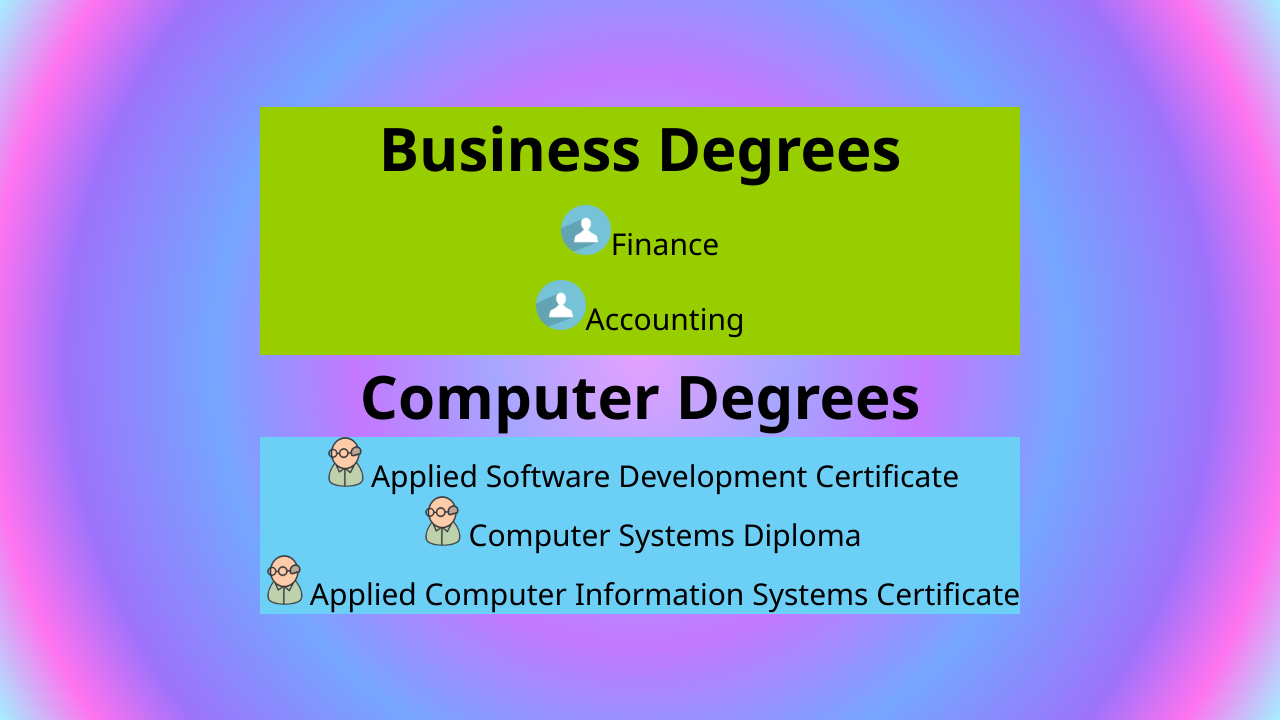
Repository: NeemaToto/mdia2109week3
Page: /
These files come from the project's save history. The page is drawn as it stood at one moment and after the next save; the edit follows.
The browser window is 1280 px wide. The pictures show the whole page.
The project was rebuilt for these pictures with package versions that can differ from the ones it lists, and the page was loaded fresh each time. The framework's server and built-in components were replaced by stand-ins that run in the browser. Also part of the build but not shown: next.config.js.

Above is the page before, as saved 2023-01-19 14:41:12.

### pages/index.js
import Head from 'next/head'
import Image from 'next/image'
import { Inter } from '@next/font/google'
import styles from '@/styles/Home.module.css'
import data from '../data/education.json'
import { useState } from 'react'
import Card from '../components/card'
import Link from 'next/link'

const inter = Inter({ subsets: ['latin'] })

export default function Home() {
  console.log(data);
  const [information, setInformation] = useState([...data]);

  return (
    <>
      <Head>
        <title>Departments of School</title>
        <meta name="description" content="Generated by create next app" />
        <meta name="viewport" content="width=device-width, initial-scale=1" />
        <link rel="icon" href="/degree-icon.png" />
      </Head>
      <main className={styles.main}>
        <div className={styles.degrees}>
          <div className={styles.businessContainer}>
            <h1 className={styles.h1business}>Business Degrees</h1>
            {
              information && information.map((info, index) => {
                if (info.department === "Business") {
                  return (
                    <Card key={index} degree={info.degree} colour="#98CE00" font="30px" margin-left="40px" />
                  )
                }
              })
            }
          </div>
          <div className={styles.computerContainer}>
            <h1>Computer Degrees</h1>
            {
              information && information.map((info, index) => {
                if (info.department === "Computing") {
                  return (
                    <Card key={index} degree={info.degree} colour="#6CCFF6" font="30px" />
                  )
                }
              })
            }
          </div>
        </div>
      </main>
    </>
  )
}

### styles/globals.css
:root {
  --max-width: 1100px;
  --border-radius: 12px;
  --font-mono: ui-monospace, Menlo, Monaco, 'Cascadia Mono', 'Segoe UI Mono',
    'Roboto Mono', 'Oxygen Mono', 'Ubuntu Monospace', 'Source Code Pro',
    'Fira Mono', 'Droid Sans Mono', 'Courier New', monospace;

  --foreground-rgb: 0, 0, 0;
  --background-start-rgb: 214, 219, 220;
  --background-end-rgb: 255, 255, 255;

  --primary-glow: conic-gradient(
    from 180deg at 50% 50%,
    #16abff33 0deg,
    #0885ff33 55deg,
    #54d6ff33 120deg,
    #0071ff33 160deg,
    transparent 360deg
  );
  --secondary-glow: radial-gradient(
    rgba(255, 255, 255, 1),
    rgba(255, 255, 255, 0)
  );

  --tile-start-rgb: 239, 245, 249;
  --tile-end-rgb: 228, 232, 233;
  --tile-border: conic-gradient(
    #00000080,
    #00000040,
    #00000030,
    #00000020,
    #00000010,
    #00000010,
    #00000080
  );

  --callout-rgb: 238, 240, 241;
  --callout-border-rgb: 172, 175, 176;
  --card-rgb: 180, 185, 188;
  --card-border-rgb: 131, 134, 135;
}

@media (prefers-color-scheme: dark) {
  :root {
    --foreground-rgb: 255, 255, 255;
    --background-start-rgb: 0, 0, 0;
    --background-end-rgb: 0, 0, 0;

    --primary-glow: radial-gradient(rgba(1, 65, 255, 0.4), rgba(1, 65, 255, 0));
    --secondary-glow: linear-gradient(
      to bottom right,
      rgba(1, 65, 255, 0),
      rgba(1, 65, 255, 0),
      rgba(1, 65, 255, 0.3)
    );

    --tile-start-rgb: 2, 13, 46;
    --tile-end-rgb: 2, 5, 19;
    --tile-border: conic-gradient(
      #ffffff80,
      #ffffff40,
      #ffffff30,
      #ffffff20,
      #ffffff10,
      #ffffff10,
      #ffffff80
    );

    --callout-rgb: 20, 20, 20;
    --callout-border-rgb: 108, 108, 108;
    --card-rgb: 100, 100, 100;
    --card-border-rgb: 200, 200, 200;
  }
}

* {
  box-sizing: border-box;
  padding: 0;
  margin: 0;
}

html,
body {
  max-width: 100vw;
  overflow-x: hidden;
}

body {
  color: rgb(var(--foreground-rgb));
  background: linear-gradient(
      to bottom,
      transparent,
      rgb(var(--background-end-rgb))
    )
    rgb(var(--background-start-rgb));
}

a {
  color: inherit;
  text-decoration: none;
}

@media (prefers-color-scheme: dark) {
  html {
    color-scheme: dark;
  }
}

### styles/Home.module.css
.main {
  display: flex;
  flex-direction: row;
  justify-content: center;
  align-items: center;
  padding: 6rem;
  min-height: 100vh;
  background: rgb(228,160,255);
  background: radial-gradient(circle, rgba(228,160,255,1) 0%, rgba(166,166,255,1) 20%, rgba(195,120,255,1) 39%, rgba(117,166,255,1) 58%, rgba(156,115,251,1) 78%, rgba(255,115,240,1) 89%, rgba(163,240,255,1) 100%);
}

.description {
  display: inherit;
  justify-content: inherit;
  align-items: inherit;
  font-size: 0.85rem;
  max-width: var(--max-width);
  width: 100%;
  z-index: 2;
  font-family: var(--font-mono);
}

.description a {
  display: flex;
  justify-content: center;
  align-items: center;
  gap: 0.5rem;
}

.description p {
  position: relative;
  margin: 0;
  padding: 1rem;
  background-color: rgba(var(--callout-rgb), 0.5);
  border: 1px solid rgba(var(--callout-border-rgb), 0.3);
  border-radius: var(--border-radius);
}

.code {
  font-weight: 700;
  font-family: var(--font-mono);
}

.grid {
  display: grid;
  grid-template-columns: repeat(4, minmax(25%, auto));
  width: var(--max-width);
  max-width: 100%;
}

.card {
  padding: 1rem 1.2rem;
  border-radius: var(--border-radius);
  background: rgba(var(--card-rgb), 0);
  border: 1px solid rgba(var(--card-border-rgb), 0);
  transition: background 200ms, border 200ms;
}

.card span {
  display: inline-block;
  transition: transform 200ms;
}

.card h2 {
  font-weight: 600;
  margin-bottom: 0.7rem;
}

.card p {
  margin: 0;
  opacity: 0.6;
  font-size: 0.9rem;
  line-height: 1.5;
  max-width: 30ch;
}

.center {
  display: flex;
  justify-content: center;
  align-items: center;
  position: relative;
  padding: 4rem 0;
}

.center::before {
  background: var(--secondary-glow);
  border-radius: 50%;
  width: 480px;
  height: 360px;
  margin-left: -400px;
}

.center::after {
  background: var(--primary-glow);
  width: 240px;
  height: 180px;
  z-index: -1;
}

.center::before,
.center::after {
  content: '';
  left: 50%;
  position: absolute;
  filter: blur(45px);
  transform: translateZ(0);
}

.logo,
.thirteen {
  position: relative;
}

.thirteen {
  display: flex;
  justify-content: center;
  align-items: center;
  width: 75px;
  height: 75px;
  padding: 25px 10px;
  margin-left: 16px;
  transform: translateZ(0);
  border-radius: var(--border-radius);
  overflow: hidden;
  box-shadow: 0px 2px 8px -1px #0000001a;
}

.thirteen::before,
.thirteen::after {
  content: '';
  position: absolute;
  z-index: -1;
}

/* Conic Gradient Animation */
.thirteen::before {
  animation: 6s rotate linear infinite;
  width: 200%;
  height: 200%;
  background: var(--tile-border);
}

/* Inner Square */
.thirteen::after {
  inset: 0;
  padding: 1px;
  border-radius: var(--border-radius);
  background: linear-gradient(
    to bottom right,
    rgba(var(--tile-start-rgb), 1),
    rgba(var(--tile-end-rgb), 1)
  );
  background-clip: content-box;
}

/* Enable hover only on non-touch devices */
@media (hover: hover) and (pointer: fine) {
  .card:hover {
    background: rgba(var(--card-rgb), 0.1);
    border: 1px solid rgba(var(--card-border-rgb), 0.15);
  }

  .card:hover span {
    transform: translateX(4px);
  }
}

@media (prefers-reduced-motion) {
  .thirteen::before {
    animation: none;
  }

  .card:hover span {
    transform: none;
  }
}

/* Mobile */
@media (max-width: 700px) {
  .content {
    padding: 4rem;
  }

  .grid {
    grid-template-columns: 1fr;
    margin-bottom: 120px;
    max-width: 320px;
    text-align: center;
  }

  .card {
    padding: 1rem 2.5rem;
  }

  .card h2 {
    margin-bottom: 0.5rem;
  }

  .center {
    padding: 8rem 0 6rem;
  }

  .center::before {
    transform: none;
    height: 300px;
  }

  .description {
    font-size: 0.8rem;
  }

  .description a {
    padding: 1rem;
  }

  .description p,
  .description div {
    display: flex;
    justify-content: center;
    position: fixed;
    width: 100%;
  }

  .description p {
    align-items: center;
    inset: 0 0 auto;
    padding: 2rem 1rem 1.4rem;
    border-radius: 0;
    border: none;
    border-bottom: 1px solid rgba(var(--callout-border-rgb), 0.25);
    background: linear-gradient(
      to bottom,
      rgba(var(--background-start-rgb), 1),
      rgba(var(--callout-rgb), 0.5)
    );
    background-clip: padding-box;
    backdrop-filter: blur(24px);
  }

  .description div {
    align-items: flex-end;
    pointer-events: none;
    inset: auto 0 0;
    padding: 2rem;
    height: 200px;
    background: linear-gradient(
      to bottom,
      transparent 0%,
      rgb(var(--background-end-rgb)) 40%
    );
    z-index: 1;
  }
}

/* Tablet and Smaller Desktop */
@media (min-width: 701px) and (max-width: 1120px) {
  .grid {
    grid-template-columns: repeat(2, 50%);
  }
}

@media (prefers-color-scheme: dark) {
  .vercelLogo {
    filter: invert(1);
  }

  .logo,
  .thirteen img {
    filter: invert(1) drop-shadow(0 0 0.3rem #ffffff70);
  }
}

@keyframes rotate {
  from {
    transform: rotate(360deg);
  }
  to {
    transform: rotate(0deg);
  }
}

.degrees{
  font-size: 30px;
  text-align: center;
  font-family: 'Segoe UI', Tahoma, Geneva, Verdana, sans-serif;
}

.businessContainer{
  display: flex;
  flex-direction: column;
  gap: 1rem;
  background-color: #98CE00;
  padding-bottom: 1rem;
}

.businessContainer > h1{

}

### data/education.json
[
        {
            "studentNumber": "A0004567",
            "firstName": "Person 1",
            "gpa": 3.8,
            "department": "Business",
            "degree": "Finance",
            "graduted": 2014
        },
        {
            "studentNumber": "A0001234",
            "firstName": "Person 2",
            "gpa": 3.5,
            "department": "Business",
            "degree": "Accounting",
            "graduted": 2010
        },
        {
            "studentNumber": "A0007890",
            "firstName": "Person 3",
            "gpa": 3.2,
            "department": "Computing",
            "degree": "Applied Software Development Certificate",
            "graduted": 2018
        },
        {
            "studentNumber": "A0007828",
            "firstName": "Person 4",
            "gpa": 3.9,
            "department": "Computing",
            "degree": "Computer Systems Diploma",
            "graduted": 2021
        },
        {
            "studentNumber": "A0003425",
            "firstName": "Person 5",
            "gpa": 3.2,
            "department": "Computing",
            "degree": "Applied Computer Information Systems Certificate",
            "graduted": 2021
        }
]

### components/card/index.js
export default function Card({
    degree = "none",
    colour = "purple",
    font = 0,
    image = 'icon/personTwo.png'
}){
    return(
        <div style={{backgroundColor: colour, fontSize: font}}>
            {
                colour === "#98CE00" ? <img src={'icon/person.png'} width="50"/> :
                colour === "#6CCFF6" ? <img src={'icon/personThree.png'} width="50"/> :
                                    <img src={image} width="50"/>
            }
            {degree}
        </div>
    )
}

Loaded but not shown: pages/_app.js (common file); pages/_document.js (common file)

After the next save:
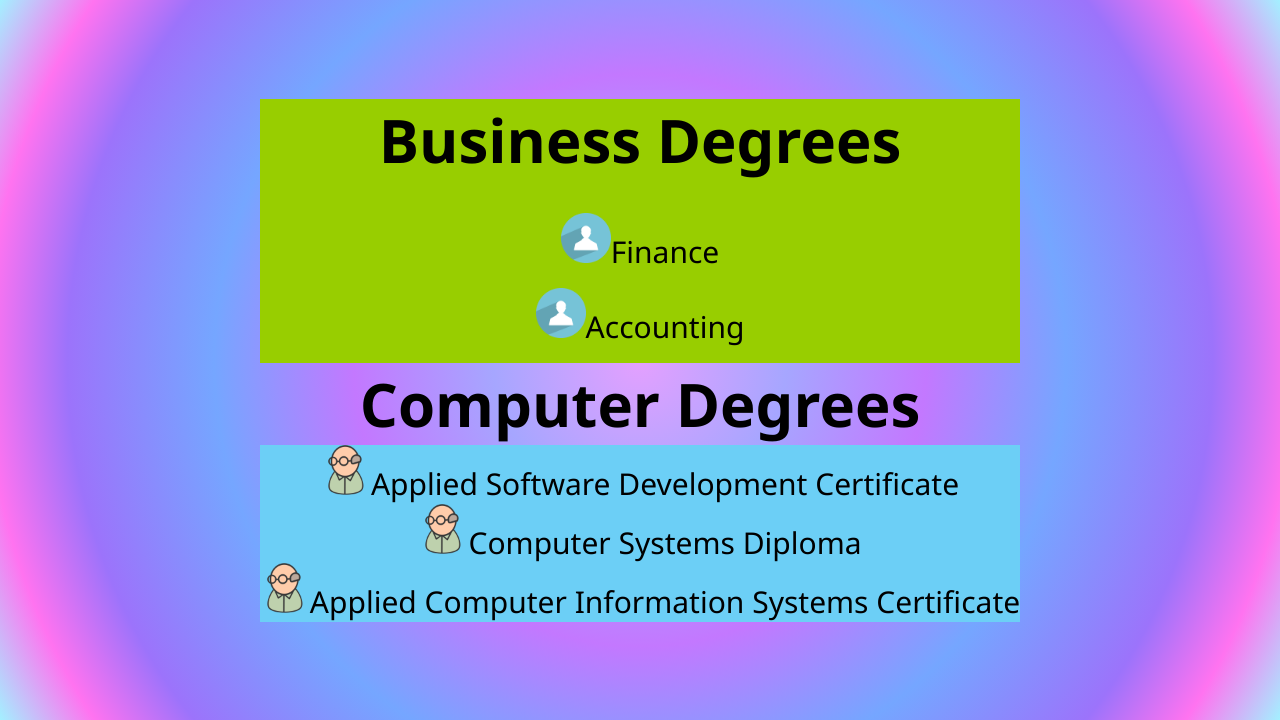
Saved 9 s later.
--- a/pages/index.js
+++ b/pages/index.js
@@ -25,6 +25,7 @@
         <div className={styles.degrees}>
           <div className={styles.businessContainer}>
             <h1 className={styles.h1business}>Business Degrees</h1>
+            <ul></ul>
             {
               information && information.map((info, index) => {
                 if (info.department === "Business") {

After the 4 saves that followed:
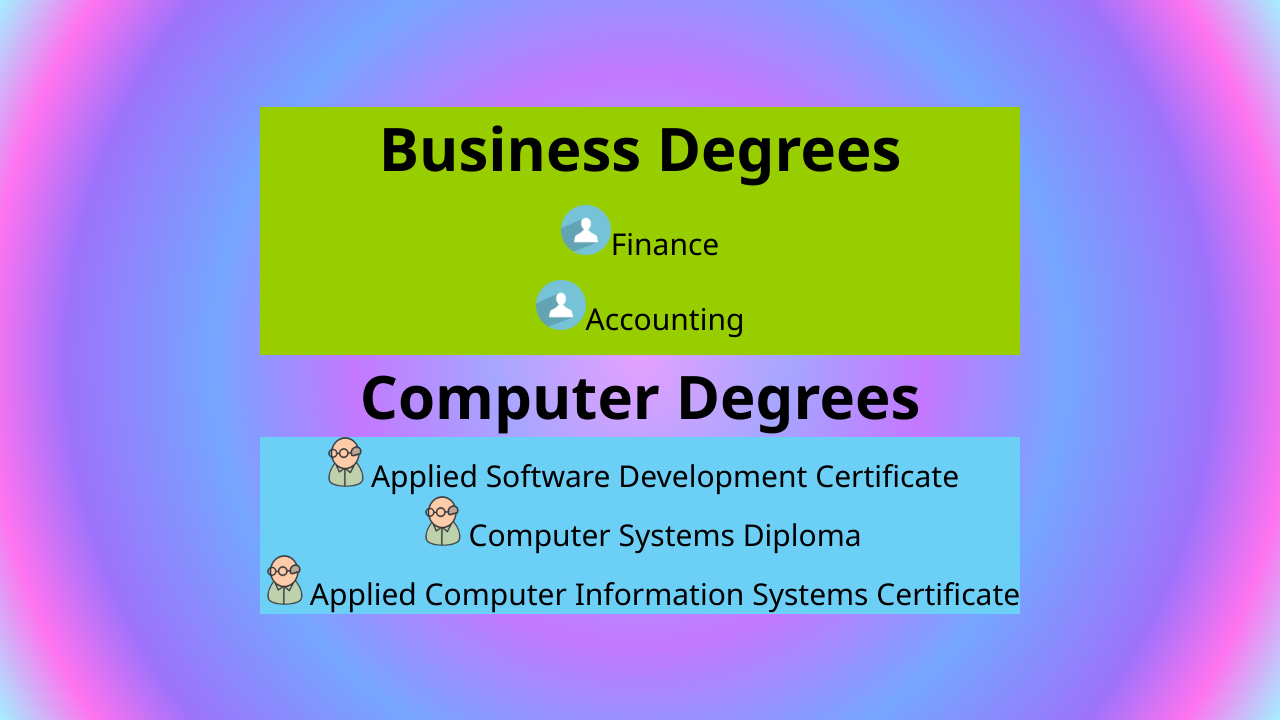
The 4 saves are shown as one change because 1 left the picture as it was and some came seconds apart.
The last was saved 18 s later.
--- a/pages/index.js
+++ b/pages/index.js
@@ -25,7 +25,6 @@
         <div className={styles.degrees}>
           <div className={styles.businessContainer}>
             <h1 className={styles.h1business}>Business Degrees</h1>
-            <ul></ul>
             {
               information && information.map((info, index) => {
                 if (info.department === "Business") {
